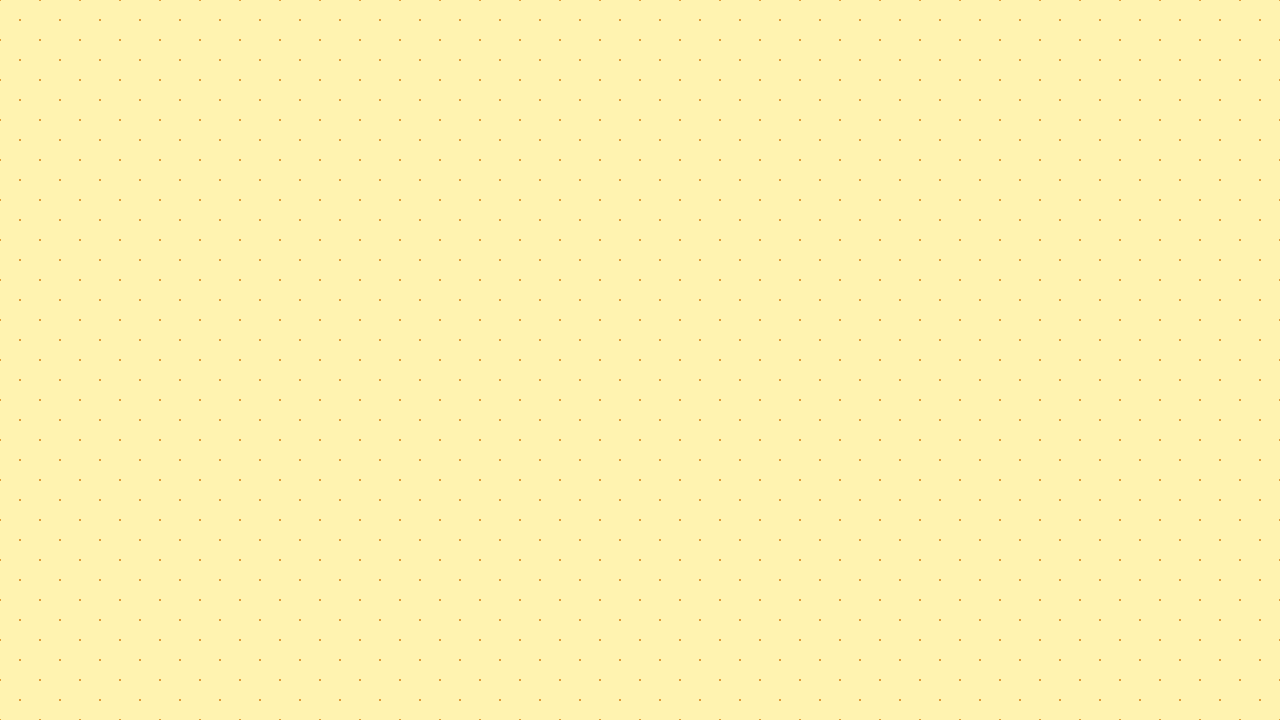
Repository: devashrisamani/devashrisamani.github.io
Page: index.html
These files come from the project's save history. The page is drawn as it stood at one moment and after the next save; the edit follows.
The browser window is 1280 px wide. The pictures show the whole page.

Above is the page before, as saved 2025-09-23 13:24:09.

After the next save:
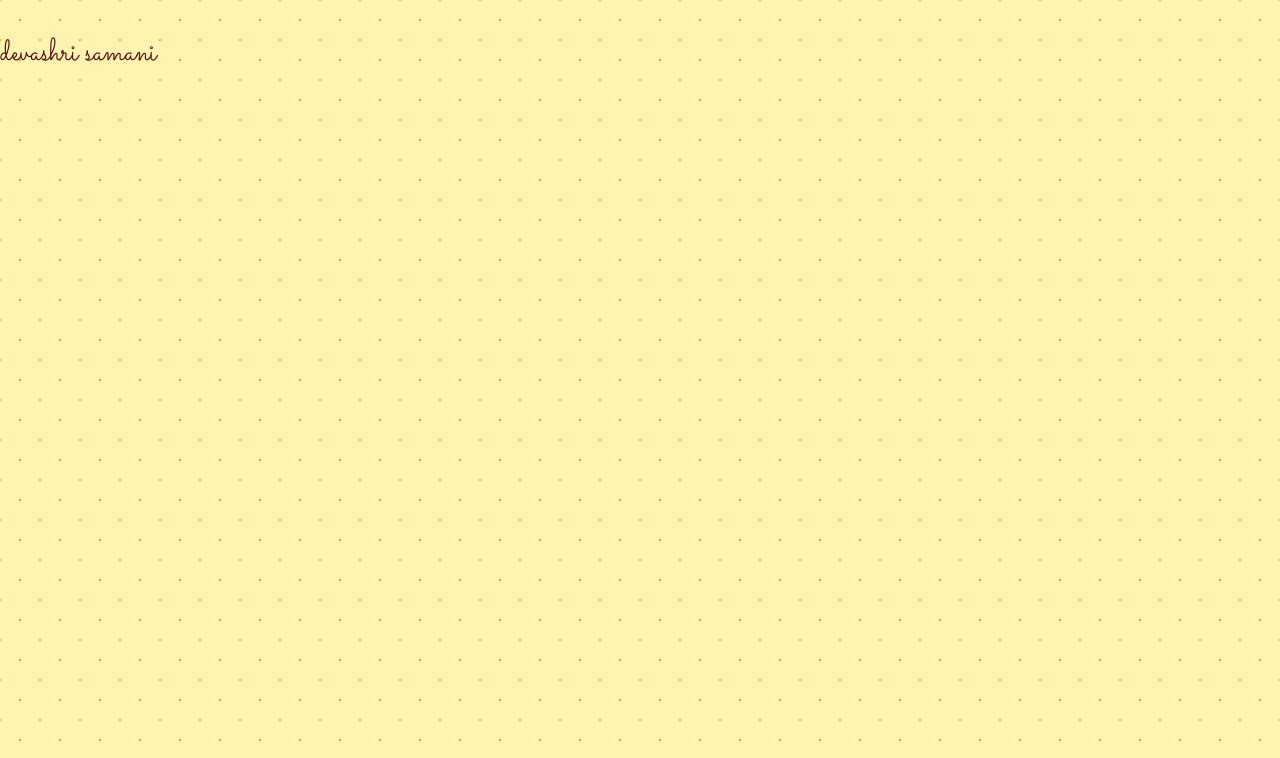
Saved 64 s later.
--- a/index.html
+++ b/index.html
@@ -19,7 +19,9 @@
   </head>
   <body>
     <!-- Nav Bar -->
-    <nav></nav>
+    <nav>
+      <h2>devashri samani</h2>
+    </nav>
     <!-- Content -->
     <main class="page container"></main>
   </body>
